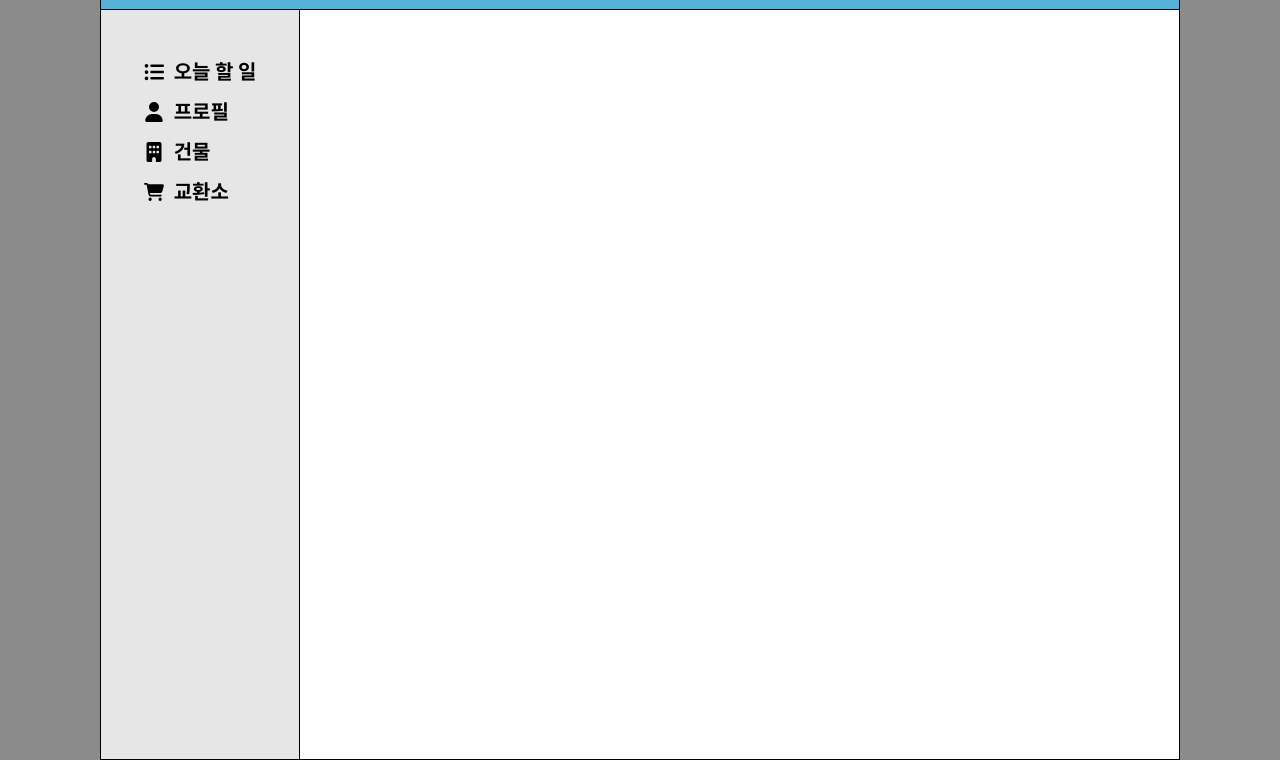
Repository: sunoo-lee/toVillage-old
Page: /#/trade
An editor plug-in stored every save of this project. The page is shown before and after a run of saves, followed by the edit.
The browser window is 1280 px wide. The pictures show the whole page.
The project was rebuilt for these pictures with package versions that can differ from the ones it lists, and the page was loaded fresh each time. Also part of the build but not shown: src/routes/Auth.js, src/components/Todo.js, src/components/AddForm.js, src/components/Main.js, src/routes/Home.js, src/components/MyProfile.js, src/routes/Profile.js, src/components/Area.module.css and 2 more.

Above is the page before, as saved 2022-10-13 02:11:56.

After the next 2 saves:
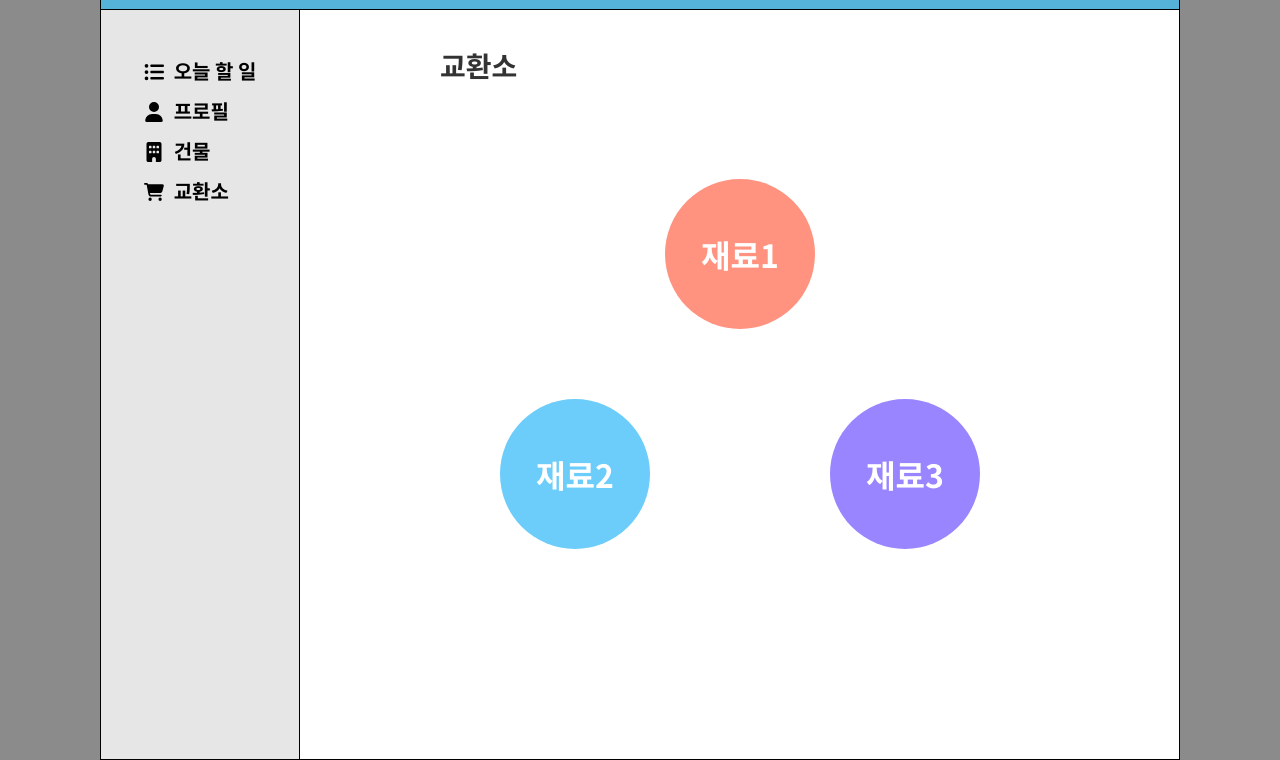
The 2 saves are shown as one change because 1 did not build or start.
The last was saved 24 s later.
--- a/src/components/TradingShop.js
+++ b/src/components/TradingShop.js
@@ -1,7 +1,32 @@
 import React from "react";
-
+import styles from "./TradingShop.module.css";
 const TradingShop = () => {
-  return <div></div>;
+  return (
+    <div className={styles.container}>
+      <h1>
+        <span className={styles.title}>교환소</span>
+      </h1>
+      <div className={styles.table}>
+        <ul>
+          <li>
+            <div className={`${styles.materials} ${styles.material_1}`}>
+              재료1
+            </div>
+          </li>
+          <li>
+            <div className={`${styles.materials} ${styles.material_2}`}>
+              재료2
+            </div>
+          </li>
+          <li>
+            <div className={`${styles.materials} ${styles.material_3}`}>
+              재료3
+            </div>
+          </li>
+        </ul>
+      </div>
+    </div>
+  );
 };
 
 export default TradingShop;
